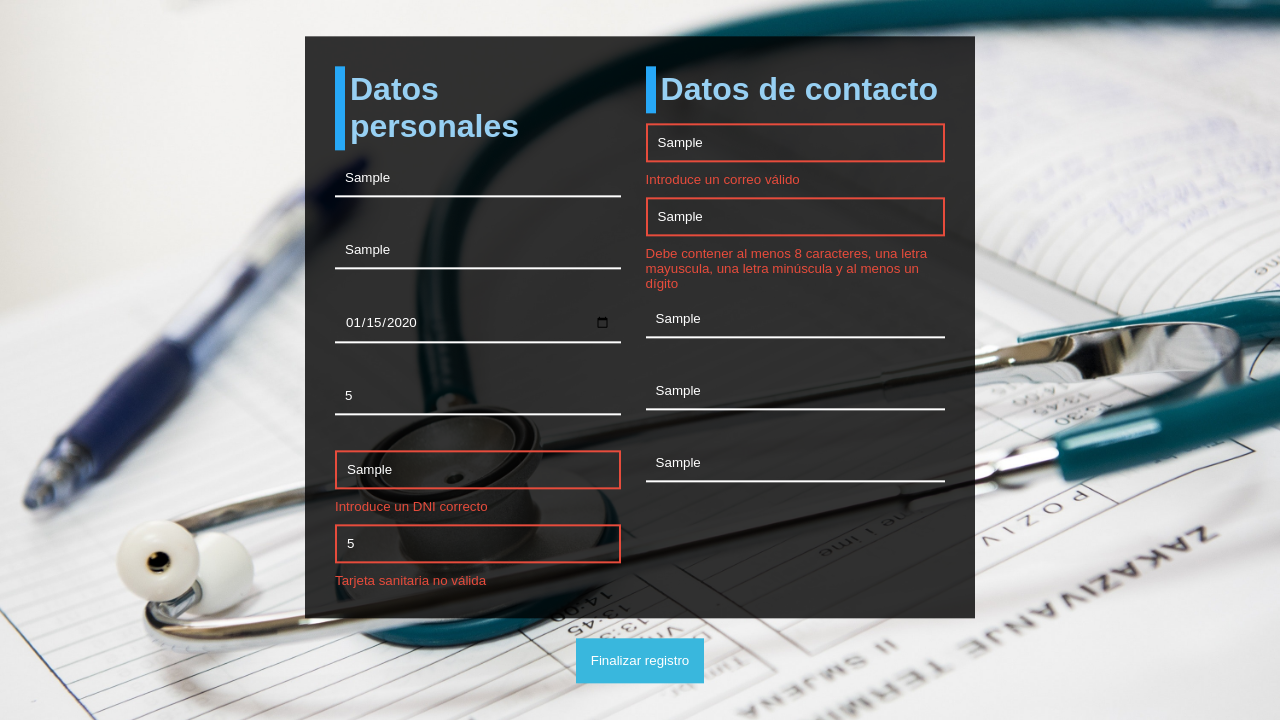
Repository: alejandropiuryp/clinica
Page: http://localhost/XE/registro_usuario.php
These files come from the project's save history. The page is drawn as it stood at one moment and after the next save; the edit follows.
The browser window is 1280 px wide. The pictures show the whole page.
Empty fields were first filled with sample values (such as "Sample", 5 or name@example.com).
After loading, the first visible `#registroUsuario` was submitted once.
Some web fonts or font styles are not loaded; a fallback is used. Some web libraries are served in a nearby version. The page is run by PHP 8.4 with error messages shown; the project is at /var/www/html/.

Above is the page before, as saved 2020-05-09 19:21:21.

After the next save:
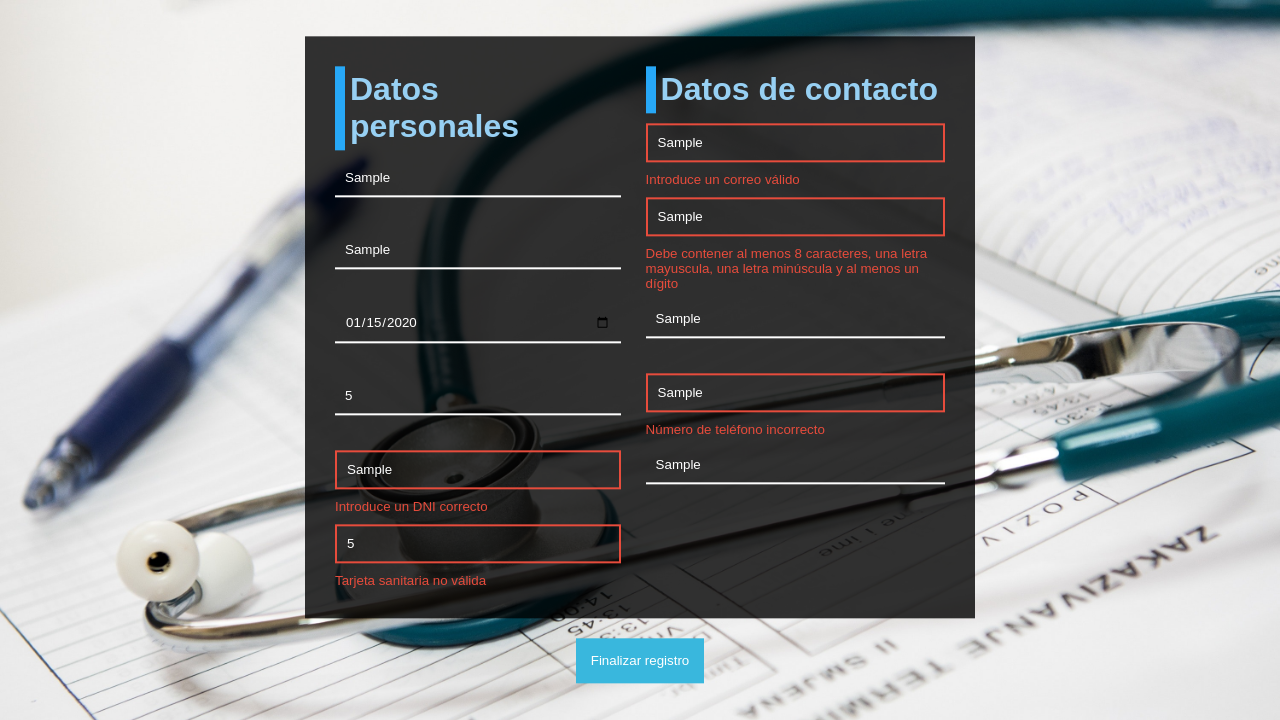
Saved 48 s later.
--- a/ClinicaReconocimiento/js/registro_usuario.js
+++ b/ClinicaReconocimiento/js/registro_usuario.js
@@ -39,7 +39,9 @@ function validateForm(){
 		var error6 = checkEmail();
 		var error7 = checkPass();
 		var error8 = checkPass2();
-		return (error1.length == 0) && (error2.length == 0) && (error3.length == 0) && (error4.length == 0) && (error5.length == 0) && (error6.length == 0) && (error7.length == 0) && (error8.length == 0);
+		var error9 = checkTelefono();
+		return (error1.length == 0) && (error2.length == 0) && (error3.length == 0) && (error4.length == 0) && (error5.length == 0) && (error6.length == 0) && (error7.length == 0) && (error8.length == 0)
+		&& (error9.length == 0);
 	}else{
 		return true;
 	}
